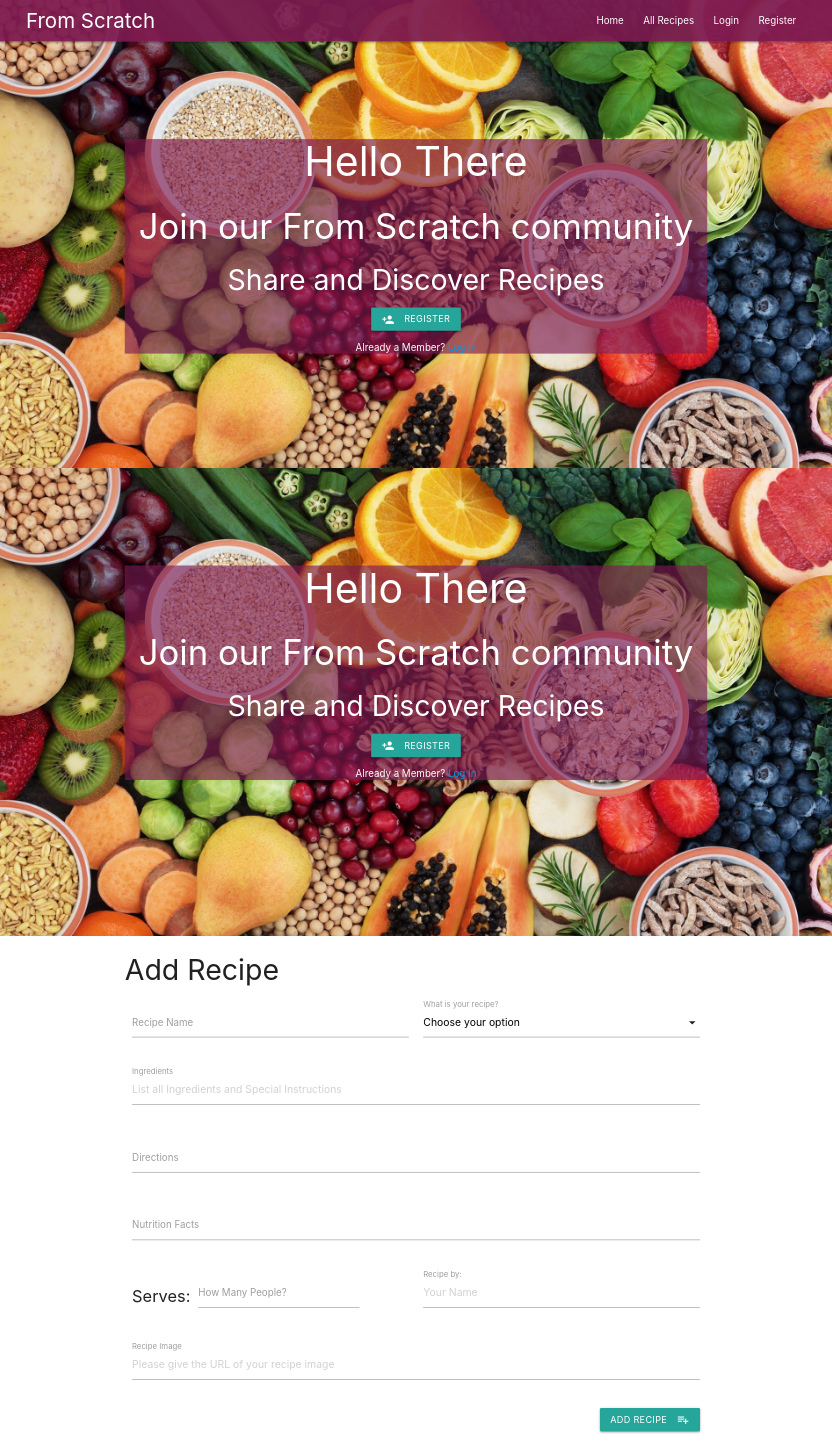
Repository: callendera/MilestoneProject3
Page: http://localhost/
The author's editor kept a record of every edit. The page is drawn from the files as they stood at one moment, then again after the next edit.
The browser window is 1280 px wide. The pictures show the whole page, at 65% of full size.
Backgrounds fixed to the window are drawn as part of the page. The page is served by the project's application, run on Flask 3 (recipe.py). Queries for data that is not in the repository find no rows.

Above is the page before.

After the next edit:
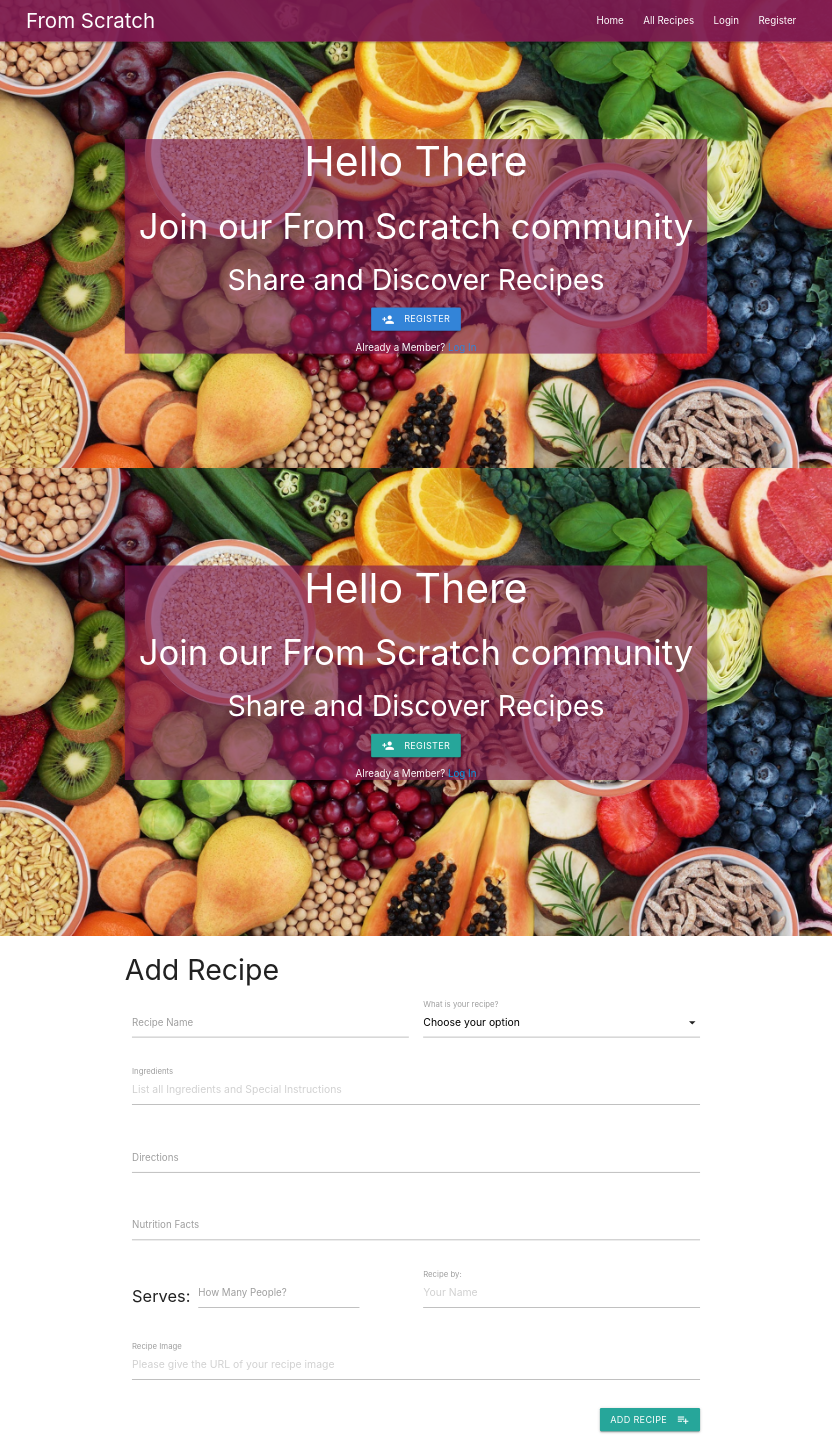
The edit:
--- a/templates/base.html
+++ b/templates/base.html
@@ -33,8 +33,8 @@
         <h1>Hello There</h1>
         <h2>Join our From Scratch community</h2>
         <h3>Share and Discover Recipes</h3>
-        <a class="waves-effect waves-light btn"><i class="material-icons left">person_add</i>Register</a>
-        <p>Already a Member? <a href=#>Log In</a></p>
+        <a class="waves-effect waves-light btn my-btn-color"><i class="material-icons left">person_add</i>Register</a>
+        <p>Already a Member? <a href="#" class="my-link-color">Log In</a></p>
 
     </div>
 </div>
